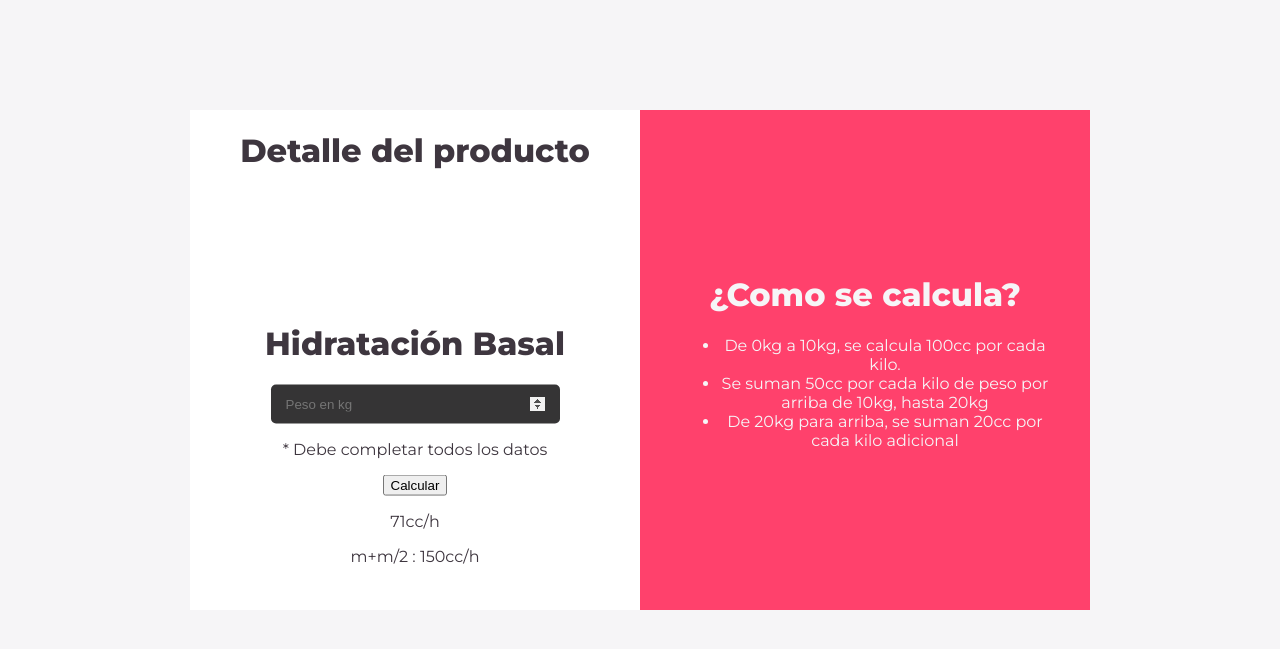
Repository: Fredy452/calculadora_basal
Page: index.html
An editor plug-in stored every save of this project. The page is shown before and after the next save, followed by the edit.
The browser window is 1280 px wide. The pictures show the whole page.
The pointer rests on the first visible `input`.

Above is the page before, as saved 2023-04-21 07:56:05.

After the next save:
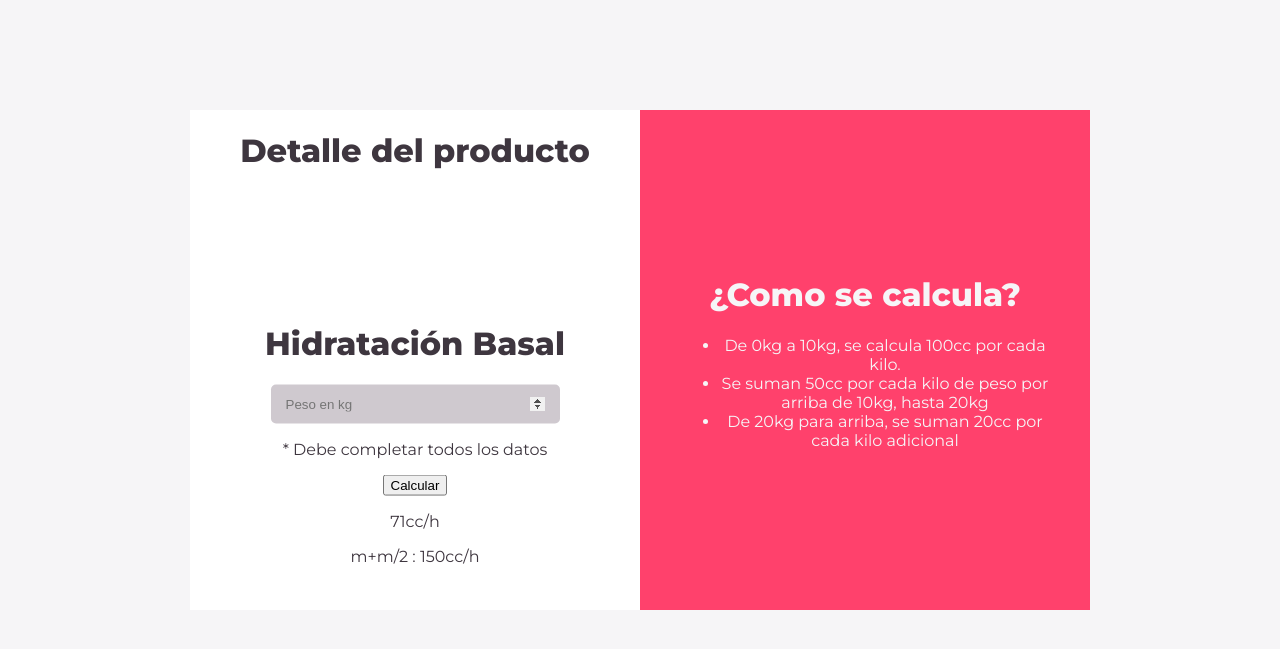
Saved 8 s later.
--- a/style.css
+++ b/style.css
@@ -43,5 +43,5 @@ input{
     border-radius: 5px;
 }
 input:hover{
-    background-color:#353435;
+    background-color:#cfc9cf;
 }
